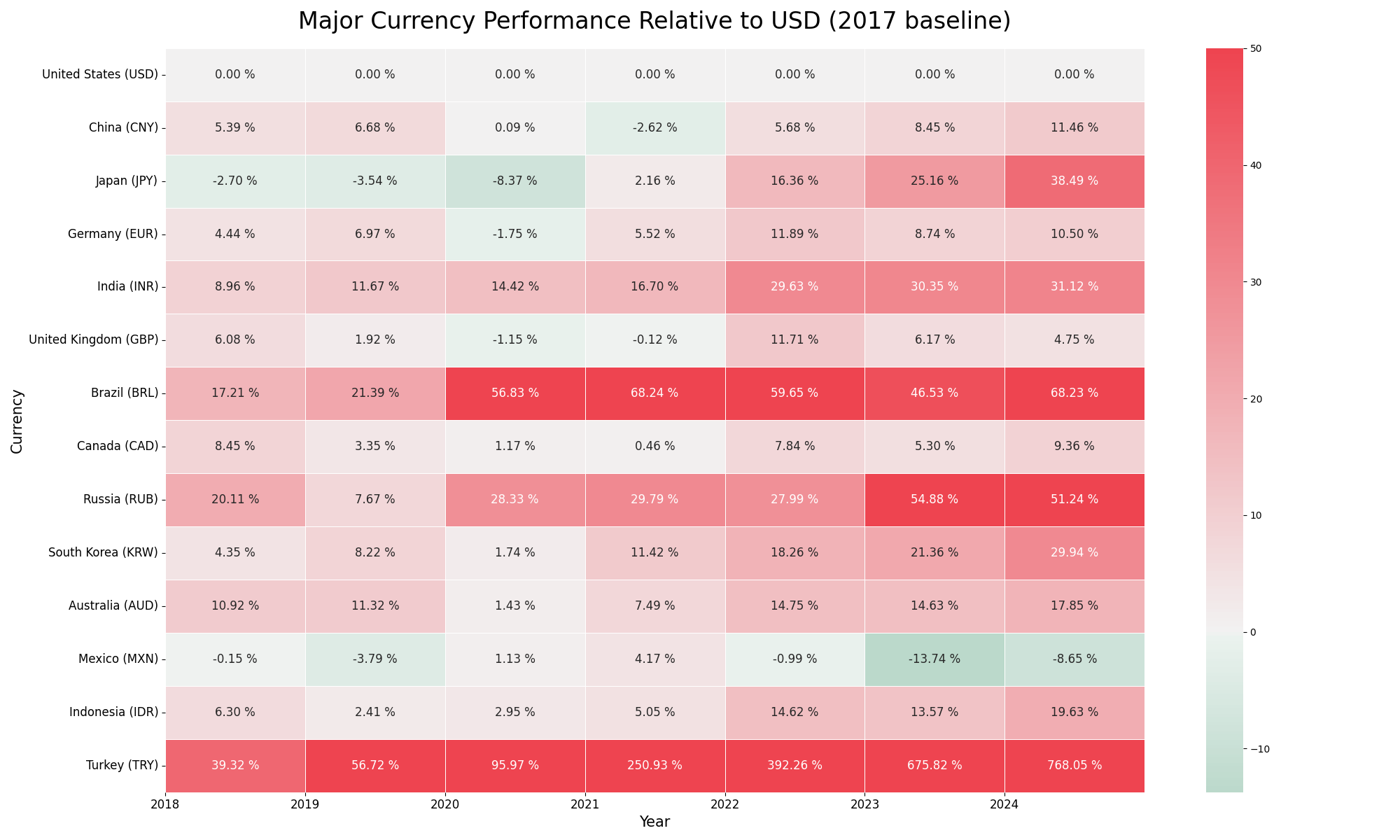
Repository: Lukeshirley/Global_Currencies_vs_USD
Script's output: python visualize_data.py
The author's editor kept a copy of each file at every save. The script's output is drawn from the files as they stood at one save, then again after the next save.
Figures wider than 1,400 px are first shrunk to that width. Random numbers start from a fixed seed.

Above is the script's output before, as saved 2024-07-23 08:54:57.

### visualize_data.py
import pandas as pd
import seaborn as sns
import matplotlib.pyplot as plt

def format_for_heatmap(value):
    try:
        return float(value.replace('%', ''))
    except:
        return 0

def visualize_performance():
    df = pd.read_csv('currency_performance.csv')

    # List of top 15 countries by GDP and their currencies
    major_currencies = {
        'USD': 'United States',
        'CNY': 'China',
        'JPY': 'Japan',
        'EUR': 'Germany',
        'INR': 'India',
        'GBP': 'United Kingdom',
        'BRL': 'Brazil',
        'CAD': 'Canada',
        'RUB': 'Russia',
        'KRW': 'South Korea',
        'AUD': 'Australia',
        'MXN': 'Mexico',
        'IDR': 'Indonesia',
        'TRY': 'Turkey'
    }

    # Ensure the DataFrame is using the correct index
    df.set_index('currency', inplace=True)

    # Filter only those currencies that are available in the dataset
    available_major_currencies = {k: v for k, v in major_currencies.items() if k in df.columns}

    # Filter the DataFrame to include only the major currencies
    df_filtered = df[available_major_currencies.keys()]

    # Rename the columns to include country names
    df_filtered.columns = [f"{country} ({currency})" for currency, country in available_major_currencies.items()]

    # Transpose the DataFrame for proper visualization
    df_filtered = df_filtered.T

    # Convert the percentage values for heatmap visualization
    df_filtered_values = df_filtered.applymap(format_for_heatmap)

    plt.figure(figsize=(20, 12))
    cmap = sns.diverging_palette(150, 10, s=80, l=55, n=9, as_cmap=True)  # Green and Red
    sns.heatmap(df_filtered_values, annot=df_filtered, cmap=cmap, fmt="", linewidths=.5, cbar=True, annot_kws={"size": 12}, center=0, vmax=50)
    plt.title('Major Currency Performance Relative to USD (2017 baseline)', fontsize=24, pad=20)
    plt.xlabel('Year', fontsize=15)
    plt.ylabel('Currency', fontsize=15)
    plt.xticks(ticks=range(len(df_filtered.columns)), labels=[d[:4] for d in df_filtered.columns], rotation=0, ha='center', fontsize=12)
    plt.yticks(fontsize=12)
    plt.tight_layout()
    plt.savefig('major_currency_performance_matrix.png', dpi=300)
    plt.show()

def main():
    visualize_performance()

if __name__ == "__main__":
    main()

### currency_performance.csv
currency,AED,AFN,ALL,AMD,ANG,AOA,ARS,AUD,AWG,AZN,BAM,BBD,BDT,BGN,BHD,BIF,BMD,BND,BOB,BRL,BSD,BTC,BTN,BWP,BYN,BZD,CAD,CDF,CHF,CLF,CLP,CNH,CNY,COP,CRC,CUC,CUP,CVE,CZK,DJF,DKK,DOP,DZD,EGP,ERN,ETB,EUR,FJD,FKP,GBP,GEL,GGP,GHS,GIP,GMD,GNF,GTQ,GYD,HKD,HNL,HRK,HTG,HUF,IDR,ILS,IMP,INR,IQD,IRR,ISK,JEP,JMD,JOD,JPY,KES,KGS,KHR,KMF,KPW,KRW,KWD,KYD,KZT,LAK,LBP,LKR,LRD,LSL,LYD,MAD,MDL,MGA,MKD,MMK,MNT,MOP,MRO,MRU,MUR,MVR,MWK,MXN,MYR,MZN,NAD,NGN,NIO,NOK,NPR,NZD,OMR,PAB,PEN,PGK,PHP,PKR,PLN,PYG,QAR,RON,RSD,RUB,RWF,SAR,SBD,SCR,SDG,SEK,SGD,SHP,SLL,SOS,SRD,SSP,STD,STN,SVC,SYP,SZL,THB,TJS,TMT,TND,TOP,TRY,TTD,TWD,TZS,UAH,UGX,USD,UYU,UZS,VEF,VES,VND,VUV,WST,XAF,XAG,XAU,XCD,XDR,XOF,XPD,XPF,XPT,YER,ZAR,ZMW,ZWL
2018-12-31,-0.00 %,8.54 %,-2.59 %,0.46 %,-0.37 %,85.99 %,96.38 %,10.92 %,0.56 %,0.15 %,4.86 %,0.00 %,1.18 %,4.86 %,0.03 %,2.32 %,0.00 %,18.14 %,-0.17 %,17.21 %,0.00 %,274.37 %,9.47 %,9.15 %,9.64 %,0.48 %,8.45 %,2.64 %,1.17 %,5.05 %,12.86 %,5.52 %,5.39 %,8.40 %,6.96 %,0.00 %,0.98 %,4.73 %,5.36 %,-0.31 %,4.96 %,4.62 %,3.04 %,0.60 %,-1.58 %,3.32 %,4.44 %,5.06 %,6.08 %,6.08 %,3.30 %,6.08 %,7.18 %,6.08 %,3.75 %,1.48 %,5.33 %,1.33 %,0.22 %,3.31 %,4.38 %,21.21 %,8.16 %,6.30 %,7.60 %,6.08 %,8.96 %,0.24 %,18.15 %,12.46 %,6.08 %,2.46 %,-0.13 %,-2.70 %,-1.22 %,-1.08 %,-0.73 %,4.92 %,0.00 %,4.35 %,0.64 %,0.19 %,15.71 %,2.87 %,-0.07 %,19.39 %,25.36 %,16.68 %,2.45 %,2.18 %,0.07 %,7.04 %,4.96 %,14.34 %,1.27 %,0.42 %,0.64 %,3.56 %,2.24 %,0.39 %,7.11 %,-0.15 %,1.75 %,3.47 %,16.35 %,1.47 %,5.40 %,5.27 %,9.46 %,5.64 %,0.05 %,0.00 %,4.34 %,5.18 %,4.92 %,26.50 %,7.38 %,6.89 %,0.05 %,4.48 %,4.72 %,20.11 %,3.84 %,0.03 %,6.12 %,-2.85 %,579.82 %,9.16 %,1.90 %,6.08 %,9.66 %,-1.08 %,0.00 %,0.00 %,2.89 %,4.97 %,0.18 %,0.07 %,16.23 %,-0.87 %,6.93 %,-0.28 %,20.29 %,0.50 %,39.32 %,1.23 %,3.09 %,3.03 %,-1.39 %,2.10 %,0.00 %,12.55 %,2.93 %,2488503.85 %,nan %,1.83 %,5.07 %,2.94 %,4.44 %,9.27 %,1.56 %,0.00 %,2.08 %,4.44 %,-16.07 %,4.44 %,16.85 %,-0.01 %,16.02 %,19.47 %,0.00 %
2019-12-31,0.01 %,12.36 %,-2.03 %,-0.90 %,-5.34 %,190.63 %,212.42 %,11.32 %,0.56 %,0.15 %,6.90 %,0.00 %,2.67 %,7.01 %,0.06 %,7.02 %,0.00 %,0.99 %,-0.31 %,21.39 %,0.00 %,93.37 %,11.92 %,7.80 %,6.71 %,0.41 %,3.35 %,5.70 %,-0.67 %,16.03 %,20.29 %,6.86 %,6.68 %,10.05 %,1.13 %,0.00 %,0.98 %,7.00 %,6.53 %,-0.32 %,7.41 %,9.55 %,3.83 %,-9.77 %,-1.62 %,16.81 %,6.97 %,5.23 %,1.92 %,1.92 %,10.24 %,1.92 %,25.80 %,1.92 %,7.53 %,6.07 %,4.96 %,1.18 %,-0.32 %,4.40 %,7.13 %,49.15 %,14.08 %,2.41 %,-0.60 %,1.92 %,11.67 %,0.33 %,18.15 %,17.23 %,1.92 %,6.52 %,-0.21 %,-3.54 %,-1.75 %,0.06 %,0.51 %,6.86 %,0.00 %,8.22 %,0.57 %,0.12 %,15.22 %,6.94 %,0.14 %,18.28 %,49.50 %,13.72 %,2.97 %,2.27 %,0.49 %,13.32 %,6.98 %,9.16 %,11.46 %,-0.24 %,0.64 %,7.42 %,8.35 %,0.32 %,1.71 %,-3.79 %,0.72 %,4.21 %,13.39 %,1.14 %,9.66 %,7.45 %,12.09 %,5.67 %,0.05 %,0.00 %,2.37 %,6.27 %,1.29 %,40.09 %,9.24 %,15.57 %,0.04 %,9.72 %,6.38 %,7.67 %,10.47 %,0.02 %,6.98 %,-2.46 %,544.30 %,14.46 %,0.85 %,1.92 %,-2.13 %,-1.05 %,0.00 %,-0.00 %,5.39 %,7.53 %,0.12 %,-0.02 %,13.35 %,-8.70 %,9.90 %,-0.28 %,12.94 %,0.94 %,56.72 %,0.59 %,0.84 %,2.93 %,-15.72 %,0.80 %,0.00 %,29.24 %,17.23 %,2488503.85 %,nan %,2.11 %,9.02 %,3.71 %,6.97 %,-5.21 %,-14.13 %,0.00 %,2.87 %,6.97 %,-45.37 %,6.97 %,-3.55 %,0.01 %,13.19 %,40.93 %,-0.11 %
2020-12-31,0.00 %,11.21 %,-9.09 %,8.21 %,0.69 %,294.25 %,338.94 %,1.43 %,0.56 %,0.15 %,-2.22 %,0.00 %,2.37 %,-1.80 %,0.04 %,10.45 %,0.00 %,-0.95 %,-0.60 %,56.83 %,0.00 %,-52.16 %,14.56 %,10.08 %,32.17 %,0.41 %,1.17 %,23.58 %,-9.35 %,11.71 %,15.58 %,-0.13 %,0.09 %,15.17 %,7.94 %,-0.02 %,0.98 %,-1.79 %,0.90 %,-0.33 %,-1.80 %,20.37 %,15.15 %,-11.44 %,-1.61 %,43.81 %,-1.75 %,0.88 %,-1.15 %,-1.15 %,26.62 %,-1.15 %,29.62 %,-1.15 %,8.59 %,10.95 %,6.19 %,1.18 %,-0.77 %,2.49 %,-0.19 %,13.80 %,14.71 %,2.95 %,-7.54 %,-1.15 %,14.42 %,23.00 %,18.15 %,23.72 %,-1.15 %,14.93 %,-0.21 %,-8.37 %,5.77 %,19.13 %,-0.47 %,-1.87 %,0.00 %,1.74 %,0.88 %,0.12 %,26.81 %,11.90 %,0.23 %,20.81 %,30.88 %,19.05 %,-1.36 %,-4.92 %,0.29 %,18.88 %,-2.09 %,-1.78 %,17.96 %,-0.67 %,0.64 %,3.08 %,18.32 %,-0.00 %,6.27 %,1.13 %,-0.27 %,26.79 %,18.78 %,7.89 %,13.22 %,4.77 %,14.56 %,-1.25 %,0.03 %,0.00 %,11.79 %,10.16 %,-3.90 %,44.88 %,6.79 %,23.88 %,0.05 %,2.46 %,-2.31 %,28.33 %,16.10 %,0.02 %,3.09 %,50.95 %,688.07 %,0.60 %,-1.16 %,-1.15 %,31.93 %,-0.91 %,89.78 %,-0.00 %,-0.33 %,-0.65 %,0.12 %,-0.33 %,18.61 %,-7.79 %,28.50 %,-0.28 %,9.67 %,0.45 %,95.97 %,0.60 %,-5.28 %,3.86 %,0.77 %,0.55 %,0.00 %,46.68 %,29.19 %,2488503.85 %,nan %,2.17 %,3.23 %,-0.52 %,-1.75 %,-35.84 %,-31.37 %,0.00 %,-1.26 %,-1.75 %,-56.71 %,-1.75 %,-13.27 %,0.03 %,18.45 %,111.96 %,-0.11 %
2021-12-31,0.00 %,49.26 %,-3.76 %,-0.63 %,1.13 %,231.83 %,436.13 %,7.49 %,0.56 %,0.00 %,6.07 %,0.00 %,3.71 %,5.71 %,0.03 %,13.95 %,0.00 %,1.22 %,-0.41 %,68.24 %,0.00 %,-70.20 %,16.63 %,19.83 %,29.40 %,0.45 %,0.46 %,25.55 %,-6.39 %,33.96 %,38.60 %,-2.31 %,-2.62 %,35.71 %,13.57 %,0.00 %,0.98 %,5.75 %,2.79 %,-0.46 %,5.41 %,18.72 %,21.03 %,-11.60 %,-1.61 %,79.63 %,5.52 %,4.25 %,-0.12 %,-0.12 %,19.30 %,-0.12 %,35.73 %,-0.12 %,10.67 %,3.44 %,5.17 %,1.17 %,-0.23 %,3.33 %,6.76 %,57.17 %,25.45 %,5.05 %,-10.55 %,-0.12 %,16.70 %,22.88 %,18.63 %,25.64 %,-0.12 %,23.80 %,-0.18 %,2.16 %,9.69 %,22.06 %,0.26 %,5.90 %,0.00 %,11.42 %,0.35 %,0.16 %,30.94 %,34.65 %,0.15 %,32.36 %,15.65 %,29.34 %,238.50 %,-0.76 %,3.85 %,21.58 %,6.24 %,31.56 %,18.07 %,-0.04 %,nan %,6.70 %,29.95 %,-0.00 %,12.28 %,4.17 %,2.83 %,8.22 %,28.97 %,14.68 %,14.93 %,7.43 %,16.63 %,3.79 %,0.04 %,0.00 %,23.21 %,9.71 %,2.07 %,61.23 %,15.83 %,23.27 %,0.04 %,11.94 %,4.93 %,29.79 %,18.94 %,0.10 %,4.27 %,-1.59 %,6143.17 %,10.58 %,0.84 %,-0.12 %,47.83 %,-0.27 %,179.00 %,-0.00 %,3.46 %,7.29 %,0.16 %,387.87 %,28.89 %,2.06 %,28.23 %,0.00 %,17.05 %,0.48 %,250.93 %,1.09 %,-6.57 %,3.30 %,-2.93 %,-2.46 %,0.00 %,55.27 %,33.44 %,nan %,nan %,0.30 %,6.99 %,2.66 %,5.52 %,-27.40 %,-28.77 %,0.00 %,1.59 %,5.52 %,-44.03 %,5.52 %,-3.92 %,-0.03 %,28.86 %,66.88 %,-0.11 %
2022-12-31,-0.01 %,25.88 %,-3.31 %,-18.53 %,1.12 %,203.57 %,824.80 %,14.75 %,0.56 %,0.00 %,12.61 %,0.00 %,24.78 %,12.14 %,-0.07 %,17.28 %,0.00 %,0.87 %,-0.21 %,59.65 %,0.00 %,-16.01 %,29.50 %,30.37 %,27.72 %,0.44 %,7.84 %,27.27 %,-5.07 %,33.41 %,37.99 %,6.37 %,5.68 %,61.71 %,3.31 %,0.00 %,0.98 %,12.31 %,6.06 %,-0.60 %,12.00 %,16.39 %,19.61 %,39.10 %,-1.61 %,96.07 %,11.89 %,8.96 %,11.71 %,11.71 %,4.07 %,11.71 %,84.23 %,11.71 %,29.98 %,-2.72 %,6.93 %,1.21 %,-0.01 %,4.60 %,13.74 %,129.90 %,44.25 %,14.62 %,1.47 %,11.71 %,29.63 %,22.92 %,17.44 %,37.02 %,11.71 %,21.96 %,-0.17 %,16.36 %,19.72 %,23.36 %,1.45 %,12.07 %,0.00 %,18.26 %,1.31 %,0.15 %,39.30 %,108.77 %,0.77 %,137.91 %,23.09 %,37.93 %,255.06 %,11.63 %,11.92 %,37.37 %,12.62 %,55.36 %,40.62 %,-0.12 %,nan %,4.99 %,31.01 %,0.03 %,41.31 %,-0.99 %,8.46 %,8.22 %,37.54 %,24.74 %,18.17 %,19.05 %,29.50 %,11.85 %,0.04 %,0.00 %,17.48 %,9.56 %,11.44 %,104.92 %,25.77 %,31.36 %,0.03 %,18.84 %,11.08 %,27.99 %,25.38 %,0.23 %,6.65 %,-4.56 %,8062.50 %,27.41 %,0.24 %,11.71 %,130.89 %,-2.75 %,326.51 %,-0.00 %,11.56 %,13.89 %,0.15 %,387.88 %,37.45 %,6.17 %,15.69 %,-0.28 %,27.15 %,3.42 %,392.26 %,1.13 %,3.36 %,4.47 %,31.10 %,2.34 %,0.00 %,38.82 %,38.44 %,nan %,nan %,4.13 %,11.58 %,6.46 %,11.89 %,-29.36 %,-28.57 %,0.00 %,7.03 %,11.89 %,-40.68 %,11.89 %,-13.23 %,-0.01 %,37.52 %,81.37 %,-0.11 %
2023-12-31,-0.00 %,1.82 %,-15.45 %,-16.16 %,1.31 %,400.15 %,4133.16 %,14.63 %,0.56 %,0.00 %,8.58 %,0.00 %,33.00 %,8.67 %,0.19 %,62.32 %,0.00 %,-0.89 %,-0.02 %,46.53 %,0.00 %,-67.17 %,30.70 %,36.85 %,67.37 %,0.62 %,5.30 %,71.49 %,-13.65 %,39.07 %,43.36 %,9.42 %,8.45 %,30.20 %,-7.93 %,0.00 %,0.98 %,8.18 %,5.17 %,-0.10 %,8.87 %,20.23 %,17.16 %,74.26 %,-1.61 %,106.01 %,8.74 %,7.70 %,6.17 %,6.17 %,3.49 %,6.17 %,164.57 %,6.17 %,41.27 %,-4.44 %,6.79 %,1.47 %,-0.06 %,4.69 %,10.26 %,107.05 %,34.16 %,13.57 %,3.70 %,6.17 %,30.35 %,10.35 %,18.15 %,31.61 %,6.17 %,24.44 %,-0.13 %,25.16 %,52.43 %,28.26 %,0.83 %,8.40 %,0.00 %,21.36 %,2.04 %,0.34 %,37.78 %,147.64 %,896.78 %,111.66 %,50.20 %,50.15 %,251.18 %,5.98 %,1.28 %,41.37 %,8.73 %,55.65 %,42.39 %,0.31 %,nan %,12.53 %,31.45 %,-0.00 %,132.11 %,-13.74 %,13.20 %,8.30 %,49.72 %,149.88 %,19.05 %,23.96 %,30.70 %,12.39 %,0.11 %,0.00 %,14.29 %,17.46 %,10.89 %,152.71 %,12.81 %,30.74 %,0.11 %,15.88 %,7.62 %,54.88 %,47.83 %,0.04 %,8.55 %,-3.91 %,8476.33 %,23.26 %,-1.34 %,6.17 %,174.08 %,-2.33 %,392.70 %,-0.00 %,8.91 %,8.55 %,0.33 %,387.88 %,49.49 %,5.85 %,24.42 %,0.00 %,24.72 %,2.95 %,675.82 %,1.19 %,3.46 %,12.87 %,35.51 %,4.18 %,0.00 %,35.77 %,52.42 %,nan %,nan %,6.90 %,12.22 %,10.51 %,8.74 %,-28.85 %,-36.95 %,0.00 %,6.31 %,8.74 %,-3.31 %,8.74 %,-6.39 %,-0.04 %,47.80 %,158.21 %,-0.11 %
2024-07-23,0.00 %,1.70 %,-16.89 %,-19.72 %,1.11 %,425.93 %,4733.06 %,17.85 %,0.70 %,0.00 %,10.23 %,0.00 %,42.12 %,10.41 %,0.03 %,63.71 %,0.00 %,0.83 %,-0.22 %,68.23 %,0.00 %,-79.25 %,31.20 %,38.06 %,65.58 %,0.43 %,9.36 %,77.20 %,-8.50 %,48.45 %,53.59 %,11.89 %,11.46 %,35.55 %,-6.30 %,0.00 %,0.98 %,9.82 %,9.71 %,-0.29 %,10.74 %,22.42 %,17.35 %,172.12 %,-1.61 %,111.21 %,10.50 %,10.29 %,4.75 %,4.75 %,4.95 %,4.75 %,240.96 %,4.75 %,42.20 %,-4.42 %,5.71 %,1.19 %,-0.08 %,4.87 %,12.05 %,106.84 %,38.74 %,19.63 %,4.28 %,4.75 %,31.12 %,10.23 %,18.12 %,33.44 %,4.75 %,25.69 %,-0.24 %,38.49 %,28.44 %,21.80 %,1.20 %,10.25 %,0.00 %,29.94 %,1.41 %,0.13 %,42.44 %,166.92 %,5827.69 %,98.26 %,55.39 %,47.89 %,254.83 %,5.03 %,3.78 %,38.73 %,10.38 %,55.20 %,40.25 %,0.04 %,nan %,12.77 %,38.82 %,-0.33 %,139.16 %,-8.65 %,15.03 %,8.30 %,47.45 %,347.36 %,19.48 %,34.06 %,31.19 %,19.05 %,0.01 %,0.00 %,15.48 %,21.95 %,17.13 %,151.72 %,13.02 %,35.56 %,0.22 %,17.78 %,9.40 %,51.24 %,55.43 %,0.02 %,8.96 %,-3.20 %,8262.28 %,31.23 %,0.60 %,4.75 %,174.08 %,-2.42 %,293.47 %,-0.00 %,8.91 %,9.97 %,0.11 %,387.88 %,47.44 %,11.33 %,20.83 %,0.00 %,26.12 %,4.81 %,768.05 %,1.03 %,10.60 %,20.50 %,47.05 %,1.65 %,0.00 %,39.94 %,55.52 %,nan %,nan %,11.69 %,12.22 %,10.51 %,10.50 %,-41.73 %,-45.89 %,0.00 %,7.41 %,10.50 %,18.43 %,10.50 %,-2.41 %,0.01 %,48.25 %,159.61 %,-0.11 %

After the next save:
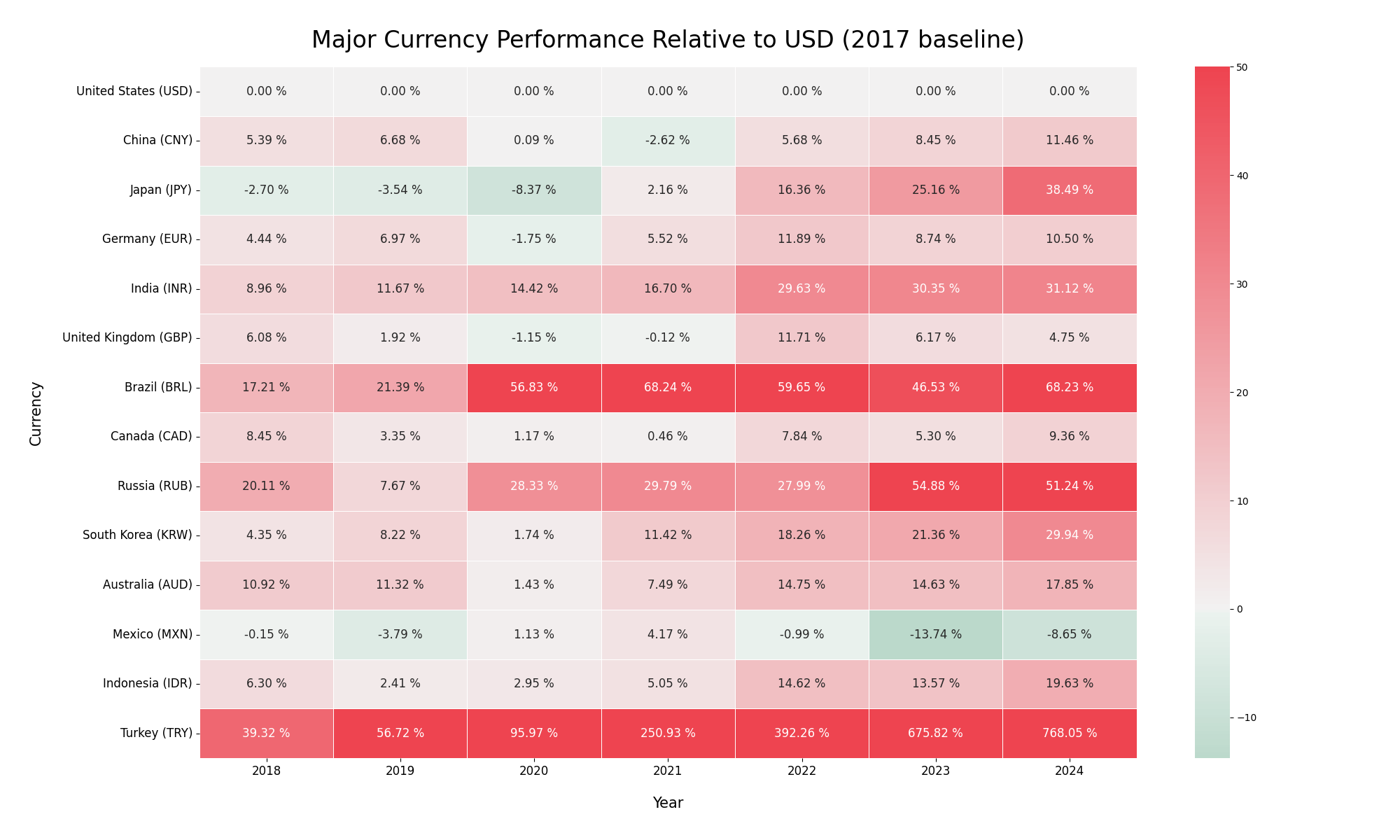
Saved 2 min 9 s later.
--- a/visualize_data.py
+++ b/visualize_data.py
@@ -51,11 +51,11 @@ def visualize_performance():
     cmap = sns.diverging_palette(150, 10, s=80, l=55, n=9, as_cmap=True)  # Green and Red
     sns.heatmap(df_filtered_values, annot=df_filtered, cmap=cmap, fmt="", linewidths=.5, cbar=True, annot_kws={"size": 12}, center=0, vmax=50)
     plt.title('Major Currency Performance Relative to USD (2017 baseline)', fontsize=24, pad=20)
-    plt.xlabel('Year', fontsize=15)
-    plt.ylabel('Currency', fontsize=15)
-    plt.xticks(ticks=range(len(df_filtered.columns)), labels=[d[:4] for d in df_filtered.columns], rotation=0, ha='center', fontsize=12)
+    plt.xlabel('Year', fontsize=15, labelpad=20)
+    plt.ylabel('Currency', fontsize=15, labelpad=20)
+    plt.xticks(ticks=[i + 0.5 for i in range(len(df_filtered.columns))], labels=[d[:4] for d in df_filtered.columns], rotation=0, ha='center', fontsize=12)
     plt.yticks(fontsize=12)
-    plt.tight_layout()
+    plt.tight_layout(pad=3.0)
     plt.savefig('major_currency_performance_matrix.png', dpi=300)
     plt.show()
 
